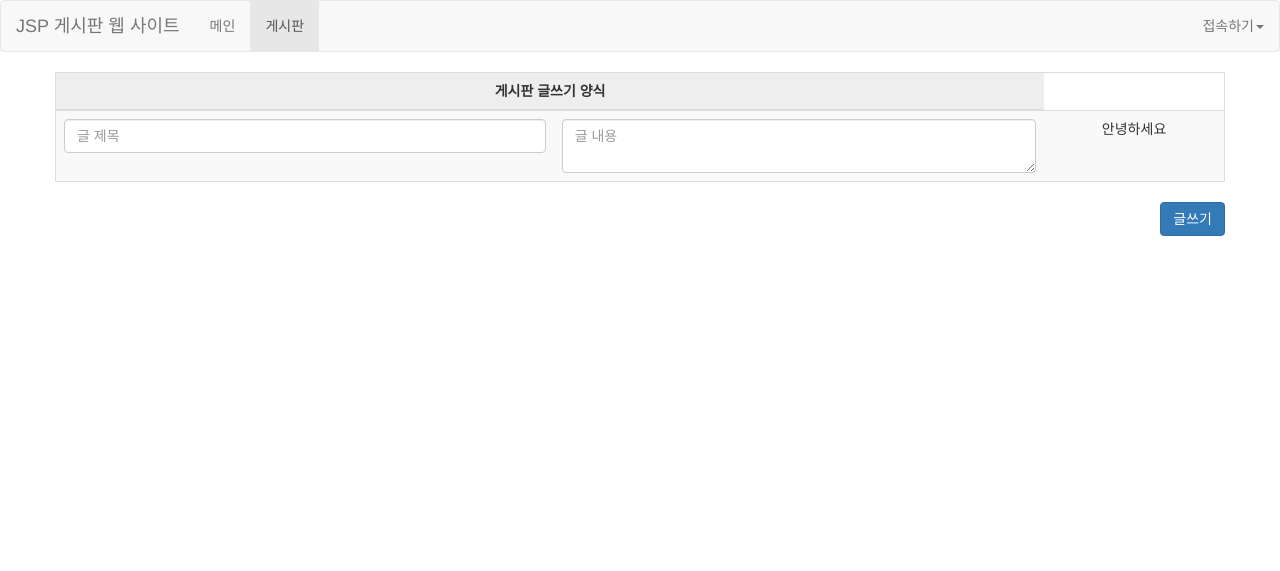
Repository: jk4g2/JSP_BBS
Page: http://localhost/BBS/view.jsp
The author's editor kept a copy of each file at every save. The page is drawn from the files as they stood at one save, then again after the next save.
The browser window is 1280 px wide. The pictures show the whole page.
Some web libraries are served in a nearby version. The page is served by Tomcat 9.

Above is the page before, as saved 2020-03-15 23:17:28.

After the next save:
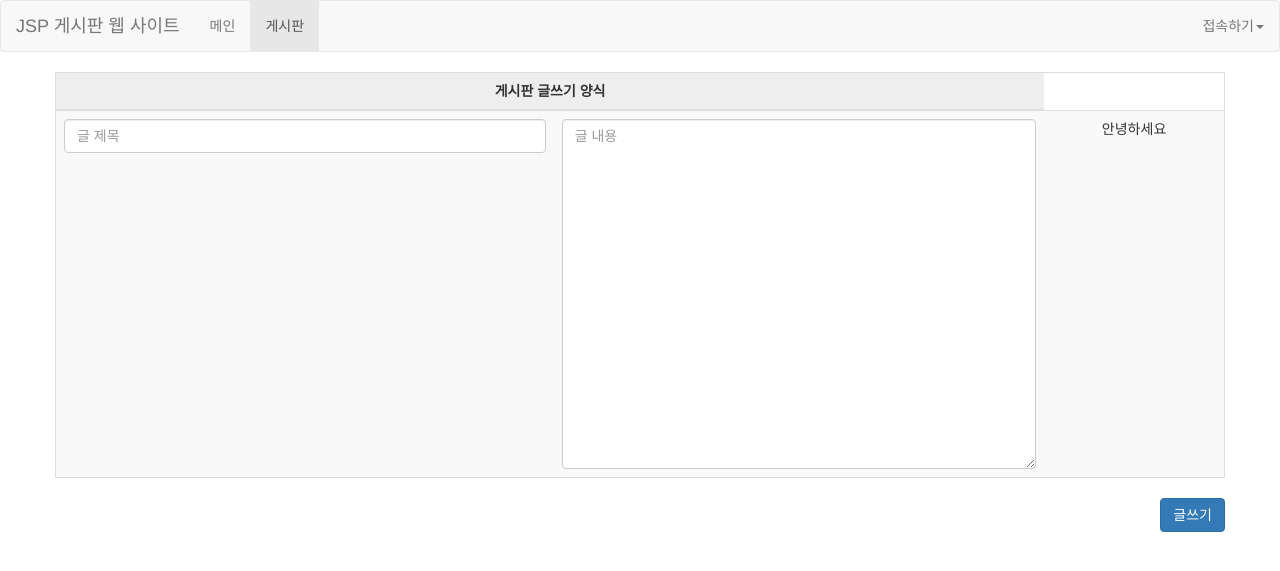
Saved 23 s later.
--- a/BBS/WebContent/view.jsp
+++ b/BBS/WebContent/view.jsp
@@ -77,7 +77,7 @@
 				<tbody>
 					<tr>
 						<td><input type="text" class="form-control" placeholder="글 제목" name="bbsTitle" maxlength=""></td>
-						<td><textarea type="text" class="form-control" placeholder="글 내용" name="bbsContent" maxlength="2048"></textarea>
+						<td><textarea type="text" class="form-control" placeholder="글 내용" name="bbsContent" maxlength="2048" style="height: 350px"></textarea>
 						<td>안녕하세요</td>
 					</tr>
 				</tbody>
